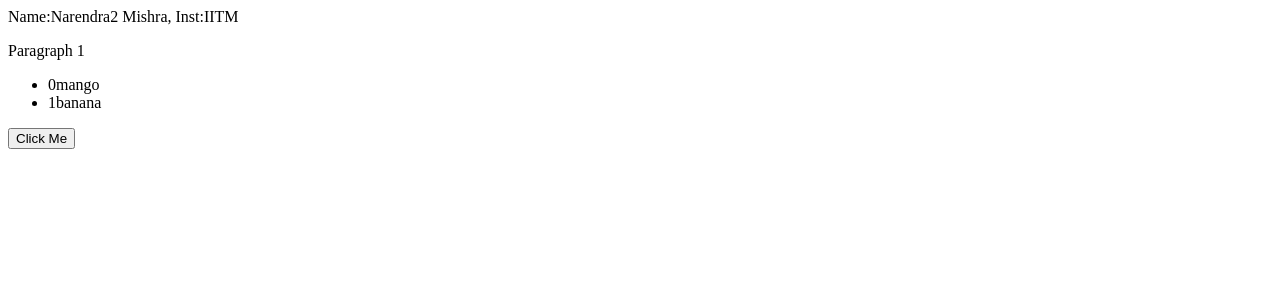
Repository: narendraiitm/sept23-live-sessions
Page: vue-basic/index.html
An editor plug-in stored every save of this project. The page is shown before and after the next save, followed by the edit.
The browser window is 1280 px wide. The pictures show the whole page.

Above is the page before, as saved 2023-10-17 21:44:06.

### vue-basic/index.html
<!DOCTYPE html>
<html lang="en">
  <head>
    <meta charset="UTF-8" />
    <meta http-equiv="X-UA-Compatible" content="IE=edge" />
    <meta name="viewport" content="width=device-width, initial-scale=1.0" />
    <title>Document</title>
  </head>
  <body>
    <div id="app">{{name}}</div>
  </body>
  <script src="https://cdn.jsdelivr.net/npm/vue@2/dist/vue.js"></script>
  <script src="./app.js"></script>
</html>

### vue-basic/app.js
new Vue({
  // options object
  el: '#app',
  template: `<div>
  Name:{{fullName}}, Inst:{{inst}}
  <p v-if='hide'>Paragraph 1</p>
  <ul>
   <li v-for="(fruit, index) in fruits">{{index}}{{fruit}}</li>
  </ul>
  <button v-on:click='sayHello'>Click Me</button>
  </div>`,
  data: {
    firstName: 'Narendra2',
    lastName: 'Mishra',
    inst: 'IITM',
    hide: true,
    fruits: ['mango', 'banana'],
    error: 'danger',
  },
  methods: {
    sayHello() {
      alert('Hello from method')
    },
  },
  computed: {
    fullName() {
      return this.firstName + ' ' + this.lastName
    },
  },
  watch: {
    firstName(newVal) {
      alert(newVal)
    },
    lastName(newVal, oldVal) {
      alert(newVal)
      alert(oldVal)
    },
  },
})

After the next save:
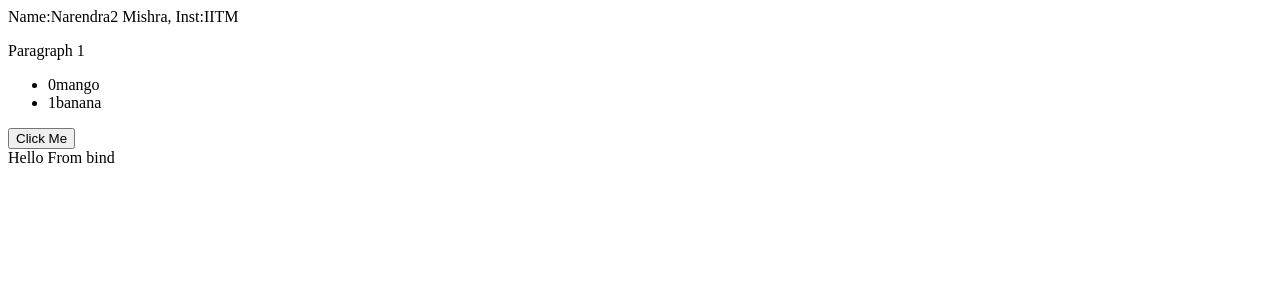
Saved 53 s later.
--- a/vue-basic/app.js
+++ b/vue-basic/app.js
@@ -8,6 +8,7 @@ new Vue({
    <li v-for="(fruit, index) in fruits">{{index}}{{fruit}}</li>
   </ul>
   <button v-on:click='sayHello'>Click Me</button>
+  <div class> Hello From bind </div>
   </div>`,
   data: {
     firstName: 'Narendra2',
